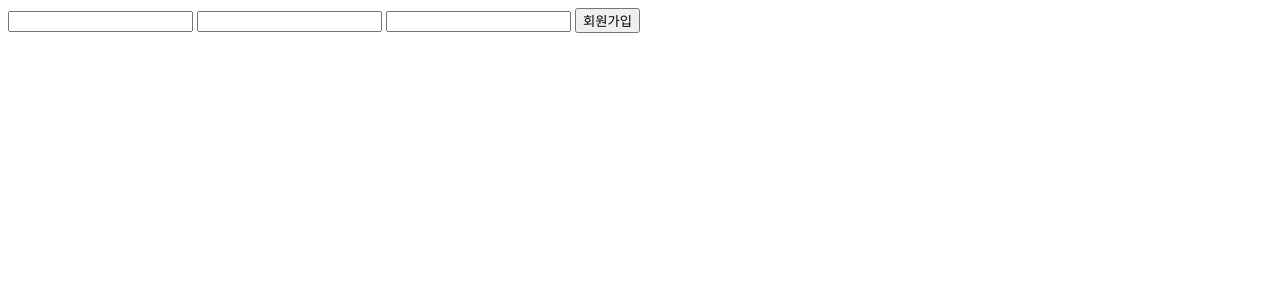
Repository: 621hjmit/workspace
Page: http://localhost/ooing/user/insert.jsp
An editor plug-in stored every save of this project. The page is shown before and after the next save, followed by the edit.
The browser window is 1280 px wide. The pictures show the whole page.
The page is served by Tomcat 9.

Above is the page before, as saved 2024-08-27 08:04:26.

After the next save:
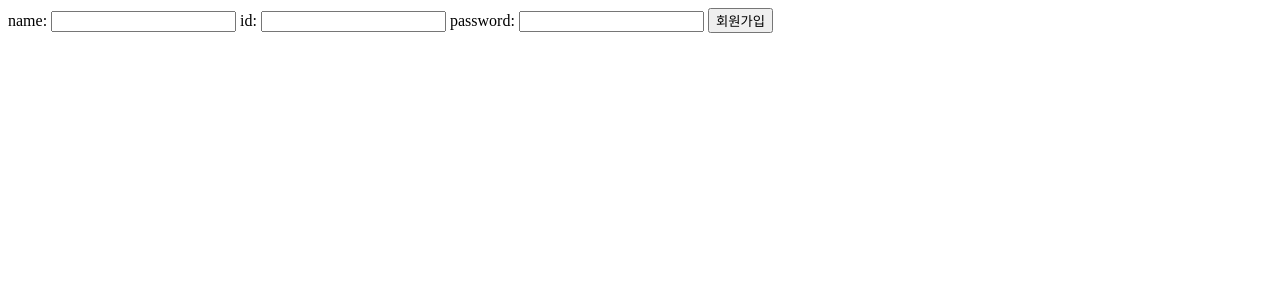
Saved 14 min 43 s later.
--- a/ooing/src/main/webapp/user/insert.jsp
+++ b/ooing/src/main/webapp/user/insert.jsp
@@ -8,10 +8,11 @@
 </head>
 <body>
 <form action="get">
-    <input type="text" name="name">
-    <input type="text" name="id">
-    <input type="password" name="pwd">
+    name: <input type="text" name="name">
+    id: <input type="text" name="id">
+    password: <input type="password" name="pwd">
     <button>회원가입</button>
 </form>
+
 </body>
 </html>
